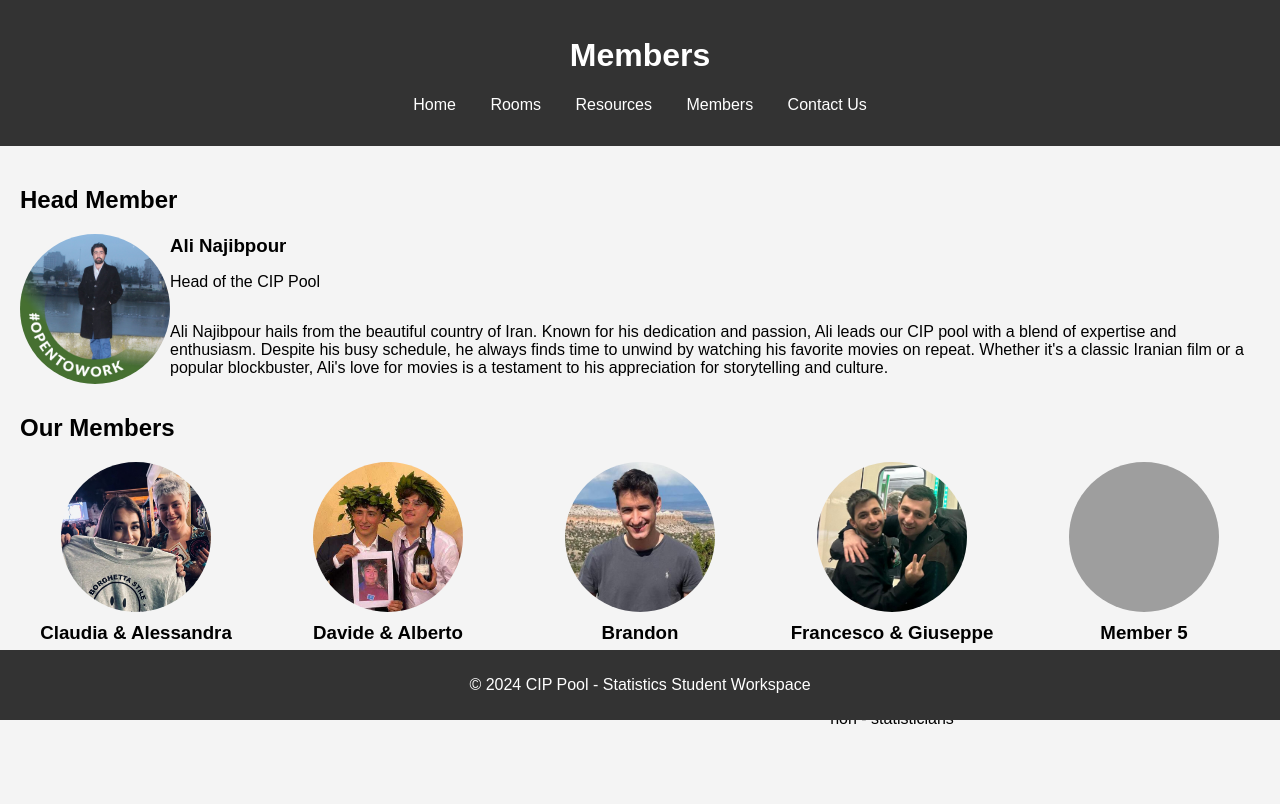
Repository: anjalisarawgi/cip_website
Page: members.html
These files come from the project's save history. The page is drawn as it stood at one moment and after the next save; the edit follows.
The browser window is 1280 px wide. The pictures show the whole page.
Pictures or frames that could not be fetched are drawn as grey boxes.

Above is the page before, as saved 2024-06-14 12:13:56.

After the next save:
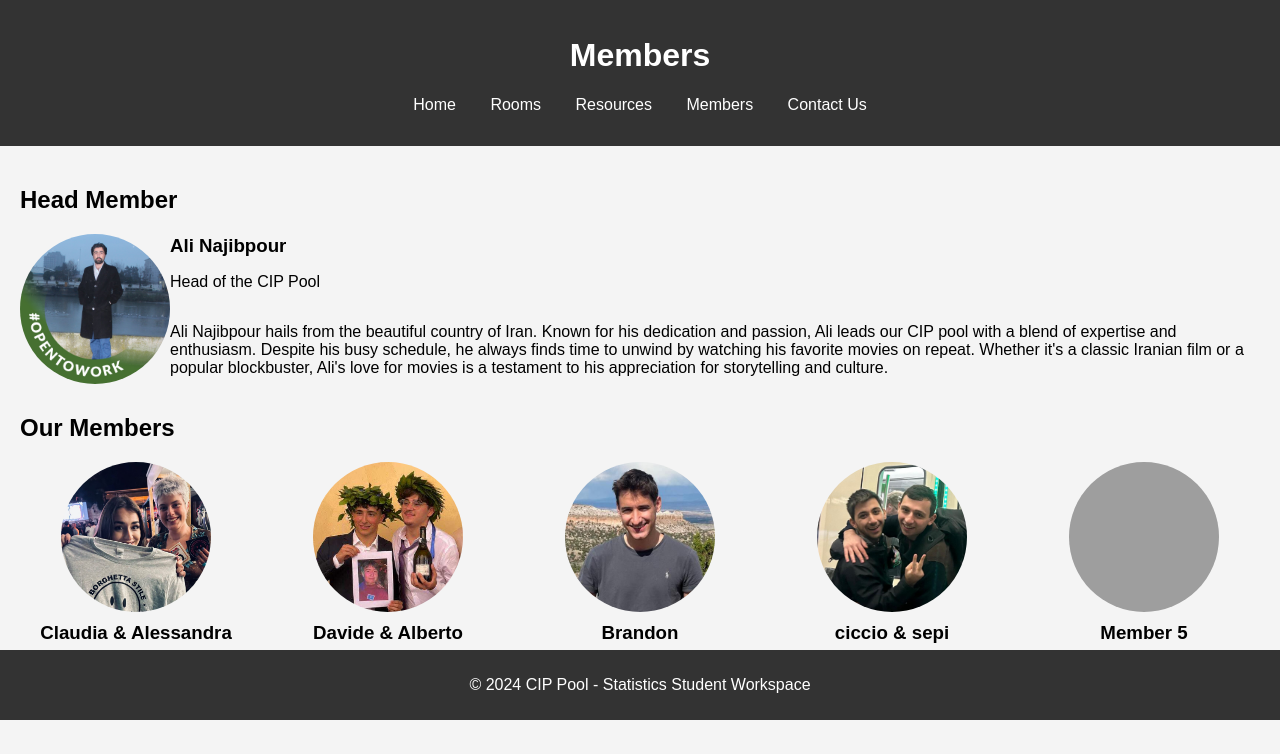
Saved 111 s later.
--- a/members.html
+++ b/members.html
@@ -58,8 +58,8 @@
                 <div class="member">
                     <img src="images/francesco_giuseppe.jpeg" alt="Francesco & Giuseppe" class="member-photo">
                     <div class="member-info">
-                        <h3>Francesco & Giuseppe </h3>
-                        <p><em>ciccio & sepi</em></p>
+                        <h3>ciccio & sepi</h3>
+                        <!-- <p><em>ciccio & sepi</em></p> -->
                         <p>non - statisticians </p>
                     </div>
                 </div>
